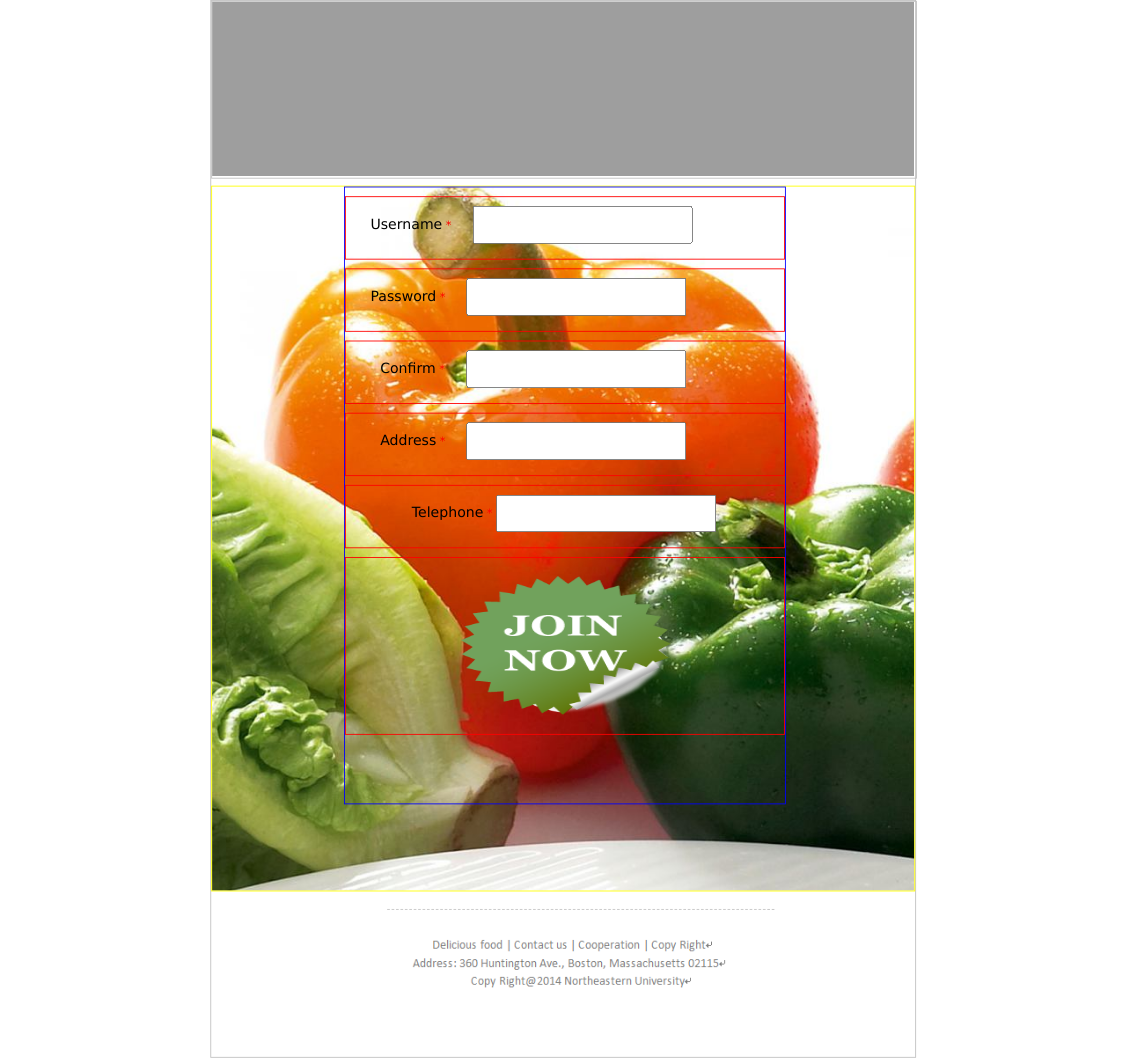
Repository: tanpf5/Gastronomist
Page: http://localhost/Gastronomist/signup.jsp
An editor plug-in stored every save of this project. The page is shown before and after the next save, followed by the edit.
The browser window is 1280 px wide. The pictures show the whole page, at 88% of full size.
The page is served by Tomcat 9.

Above is the page before, as saved 2014-12-02 07:28:37.

After the next save:
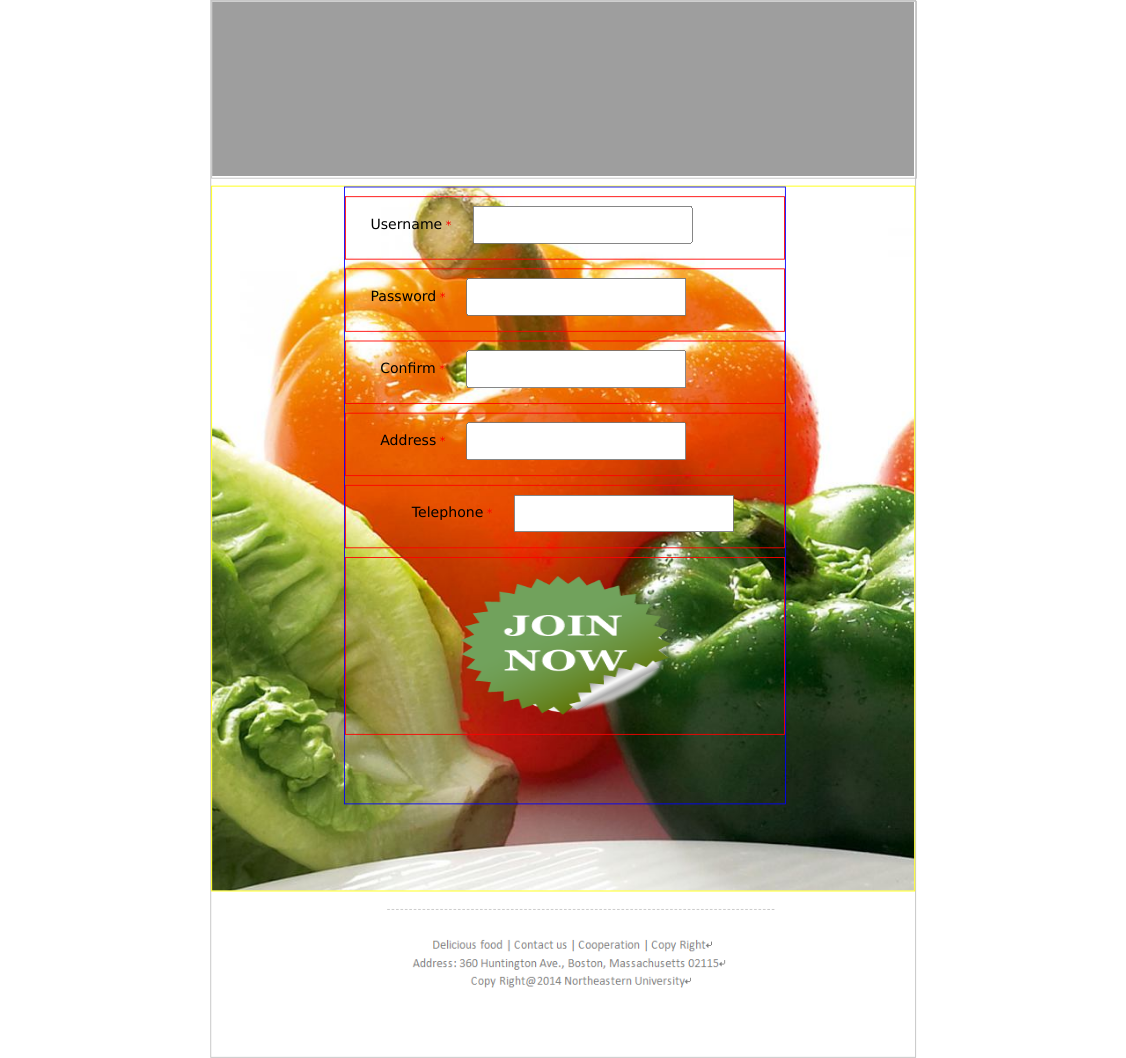
Saved 104 s later.
--- a/Gastronomist/WebRoot/signup.jsp
+++ b/Gastronomist/WebRoot/signup.jsp
@@ -51,7 +51,7 @@
 <div class="Tel"><div class="Tel-helper">
 <font size="3" style="font-family:verdana">Telephone</font>
 <font size="2" style="font-family:verdana;color:red">*</font>
-<input type="text"name="tel"style="width:250px;height:43px;margin-left:0px;">
+<input type="text"name="tel"style="width:250px;height:43px;margin-left:20px;">
 </div></div>
 <div class="register-button"><img src="images/14.png"onclick="submit()"></img></div>
 </div>
